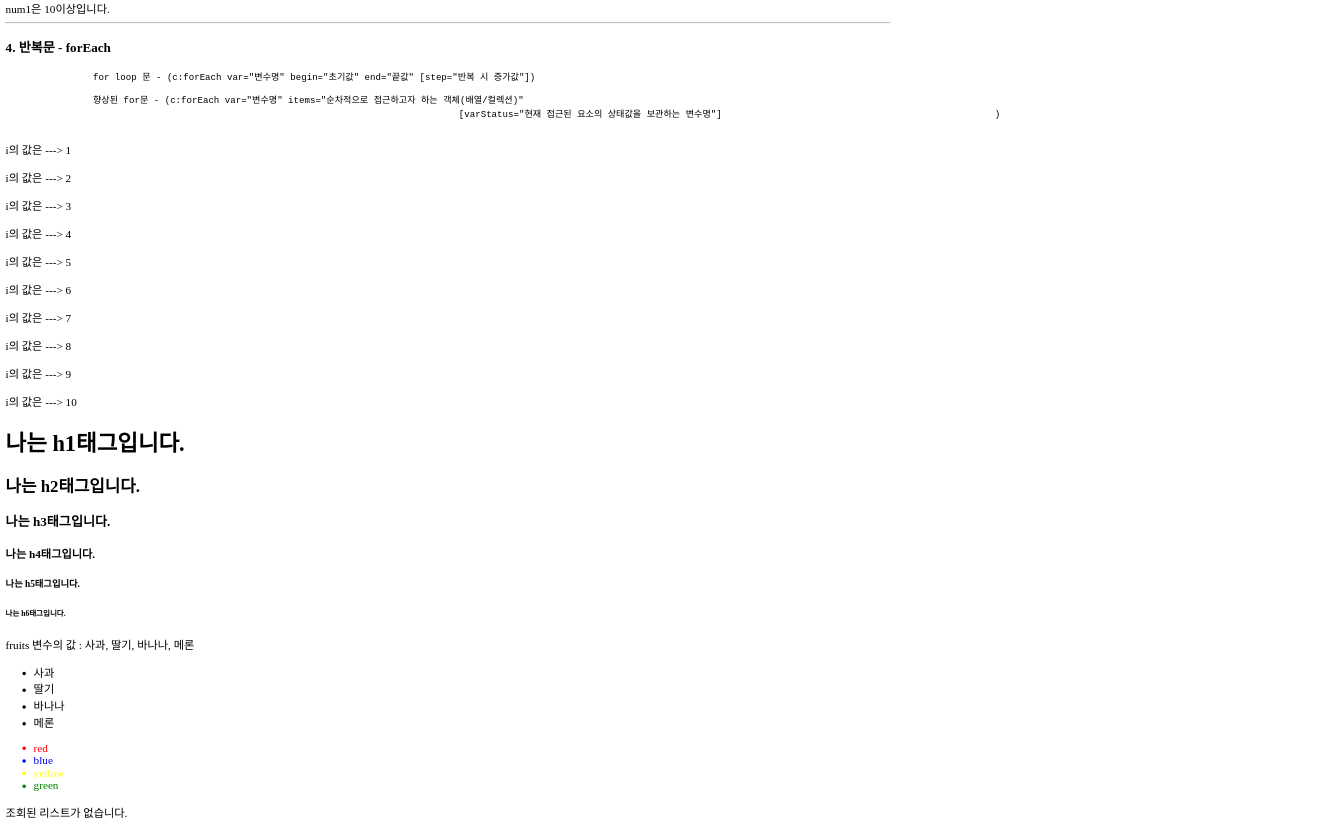
Repository: smjae96/Backup
Page: http://localhost/elActionProject/views/3_CustomAction/01_core.jsp
An editor plug-in stored every save of this project. The page is shown before and after the next save, followed by the edit.
The browser window is 1280 px wide. The page is 1886 px wide, so the pictures cover 1886 px, including what lies to the right of the window. The pictures show the part of the page from y = 1221 to 2501 px (the page is 2401 px tall before and 2501 px after), at 70% of full size.
The page is served by Tomcat 9.

Above is the page before, as saved 2024-04-01 05:59:59.

After the next save:
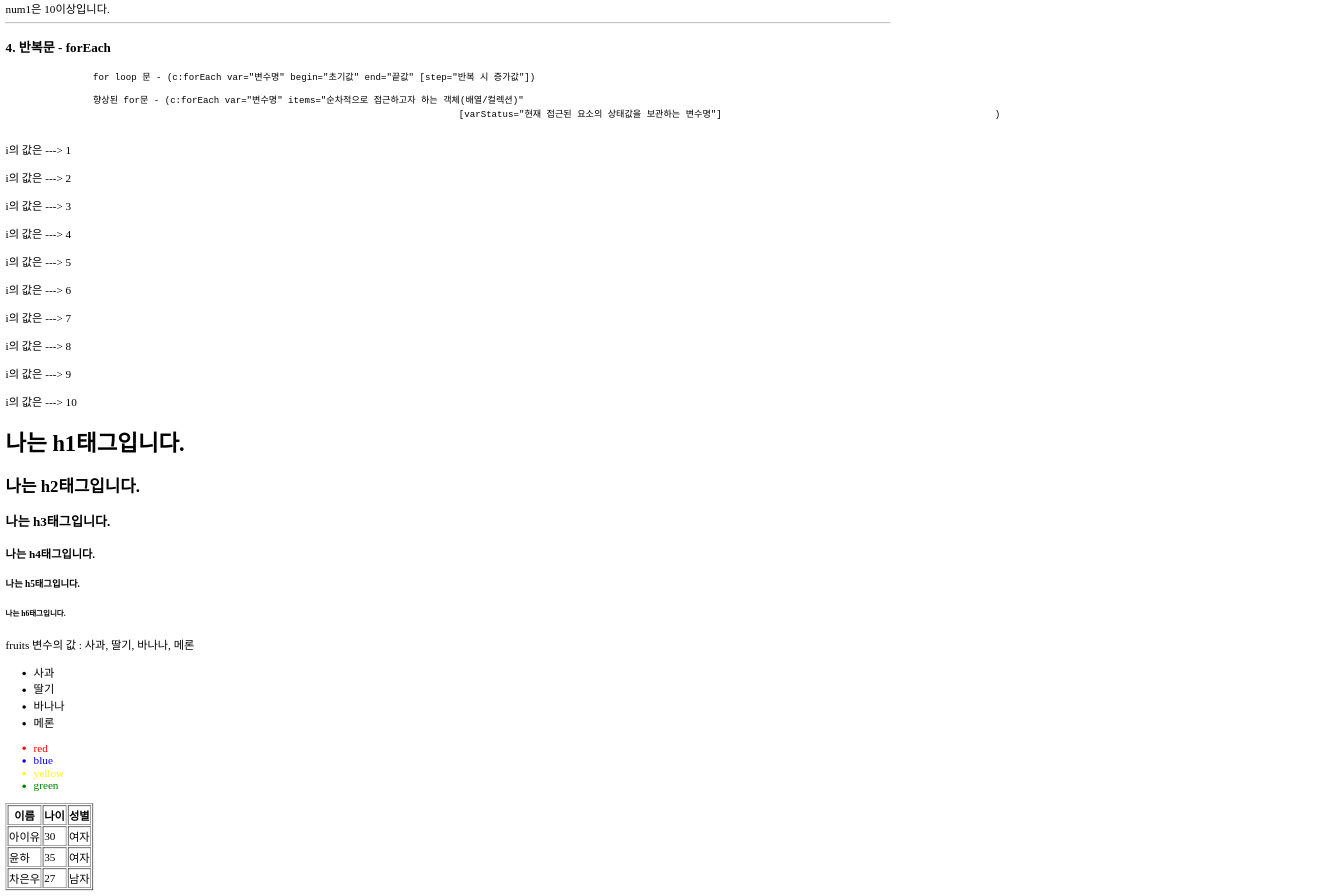
Saved 8 s later.
--- a/5_JSP/elActionProject/src/main/webapp/views/3_CustomAction/01_core.jsp
+++ b/5_JSP/elActionProject/src/main/webapp/views/3_CustomAction/01_core.jsp
@@ -159,7 +159,9 @@
 	 </ul>
 	 <%
 	 	ArrayList<Person> list = new ArrayList<>();
-
+		list.add(new Person("아이유", 30, "여자"));
+	 	list.add(new Person("윤하", 35, "여자"));
+	 	list.add(new Person("차은우", 27, "남자"));
 	 %>
 	 <c:set var="pList" value="<%= list %>" scope="request"/>
 	 <%-- request.setAttribute("pList", list) --%>
